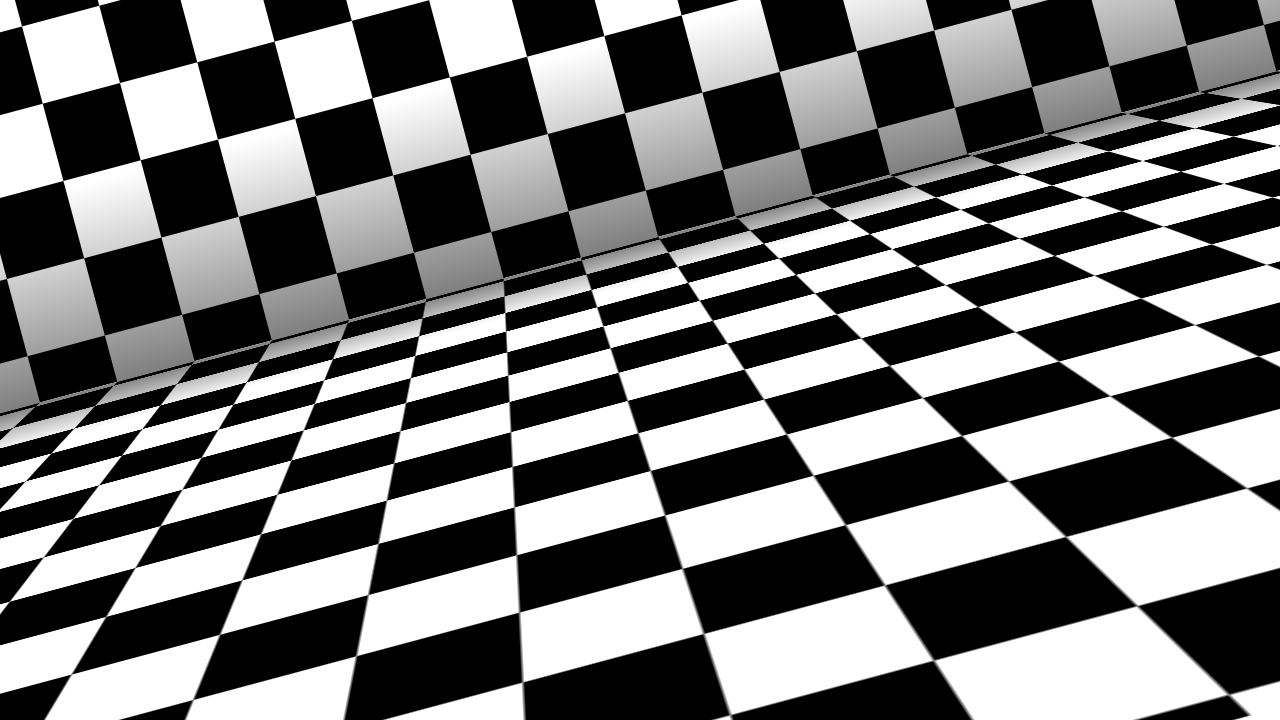
Repository: atwesson/portfoilo
Page: index.html
These files come from the project's save history. The page is drawn as it stood at one moment and after the next save; the edit follows.
The browser window is 1280 px wide. The pictures show the whole page.

Above is the page before, as saved 2021-11-17 10:34:53.

After the next save:
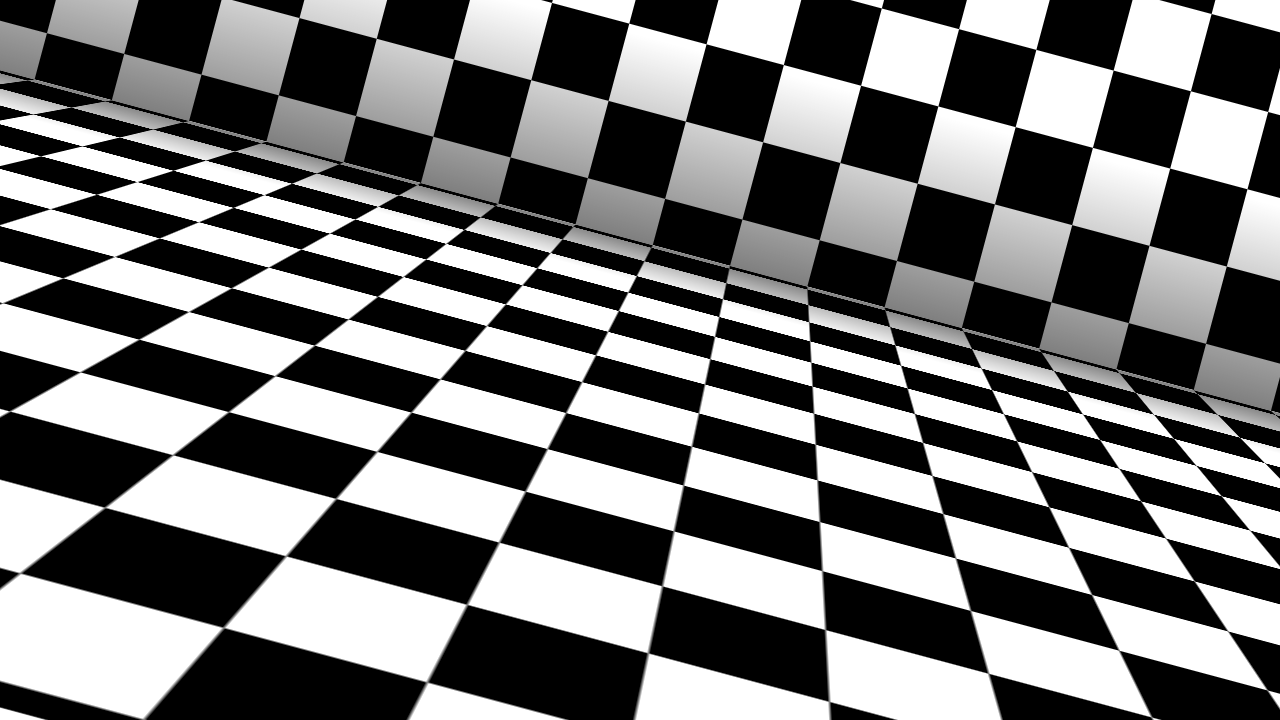
Saved 4 s later.
--- a/style.css
+++ b/style.css
@@ -23,7 +23,7 @@ section{
     0%, 100%{
         transform: scale(1.6) rotate(-15deg);
     }50%{
-        transform: scale(1.6) rotate();
+        transform: scale(1.6) rotate(15deg);
     }
 }
 .pattern .face{
